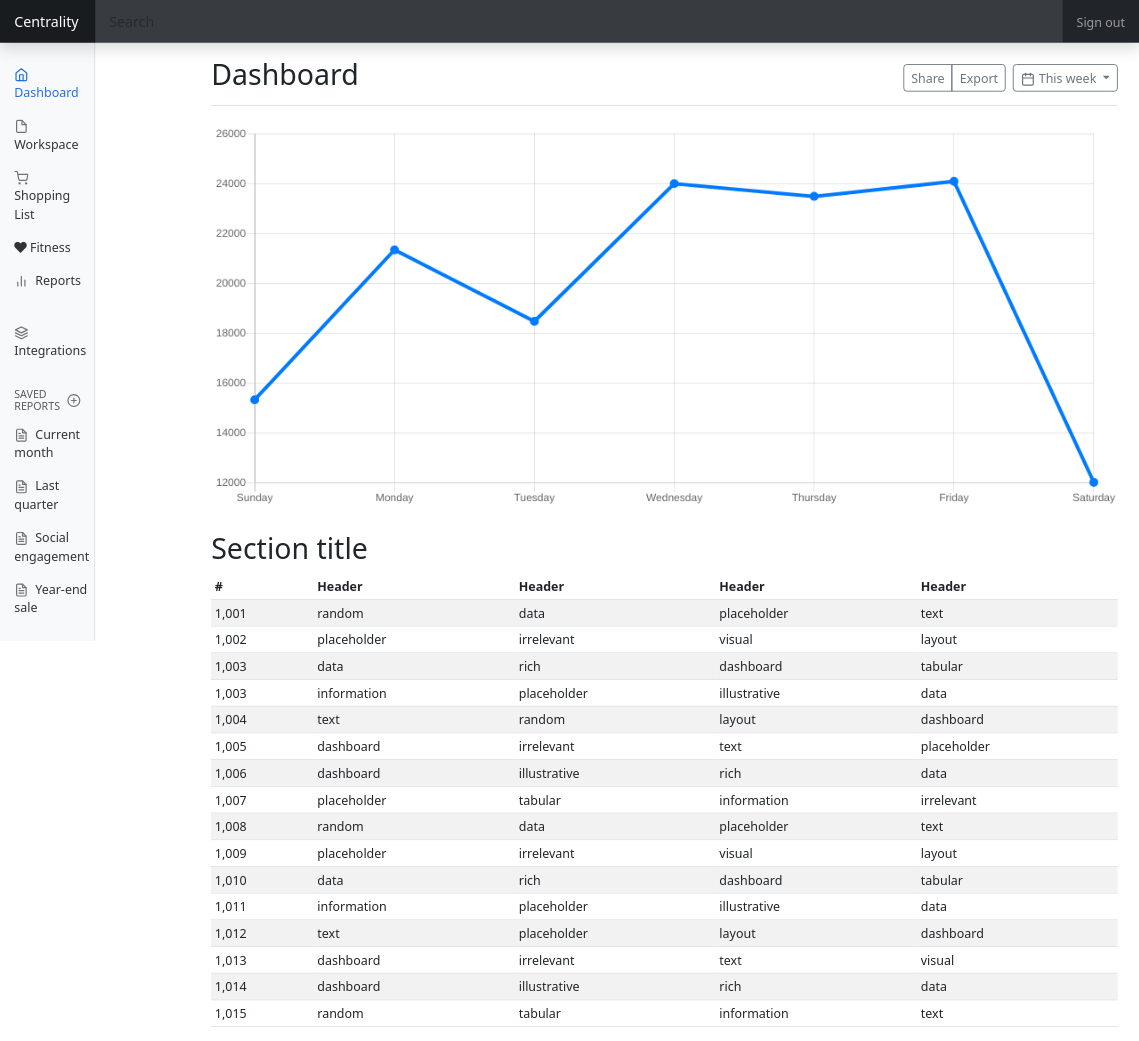
Repository: Git-it-right/Centrality
Page: dashboard/template.html
These files come from the project's save history. The page is drawn as it stood at one moment and after the next save; the edit follows.
The browser window is 1280 px wide. The pictures show the whole page, at 89% of full size.

Above is the page before, as saved 2023-04-14 10:45:40.

### dashboard/template.html
<!DOCTYPE html>
<html lang="en">

<head>
  <meta charset="utf-8" />
  <meta name="viewport" content="width=device-width, initial-scale=1" />
  <meta name="description" content="" />
  <title>Template</title>
  <link rel="canonical" href="https://getbootstrap.com/docs/5.3/examples/dashboard/" />
  <link rel="stylesheet" href="https://cdnjs.cloudflare.com/ajax/libs/font-awesome/5.15.3/css/all.min.css">

  <link href="../assets/dist/css/bootstrap.min.css" rel="stylesheet" />
  <style>
  </style>
  <!-- Custom styles for this template -->
  <link href="dashboard.css" rel="stylesheet" />
</head>

<body>
  <header class="navbar navbar-dark sticky-top bg-dark flex-md-nowrap p-0 shadow">
    <a class="navbar-brand col-md-1 col-lg-1 me-0 px-3 fs-6" href="#">Centrality</a>
    <button class="navbar-toggler position-absolute d-md-none collapsed" type="button" data-bs-toggle="collapse"
      data-bs-target="#sidebarMenu" aria-controls="sidebarMenu" aria-expanded="false" aria-label="Toggle navigation">
      <span class="navbar-toggler-icon"></span>
    </button>
    <input class="form-control form-control-dark w-100 rounded-0 border-0" type="text" placeholder="Search"
      aria-label="Search" />
    <div class="navbar-nav">
      <div class="nav-item text-nowrap">
        <a class="nav-link px-3" href="#">Sign out</a>
      </div>
    </div>
  </header>
  <div class="container-fluid">
    <div class="row">
      <nav id="sidebarMenu" class="col-md-1 col-lg-1 d-md-block bg-light sidebar collapse">
        <div class="position-sticky pt-3 sidebar-sticky">
          <ul class="nav flex-column">
            <li class="nav-item">
              <a class="nav-link active" aria-current="page" href="#">
                <span data-feather="home" class="align-text-bottom"></span>
                Dashboard
              </a>
            </li>
            <li class="nav-item">
              <a class="nav-link" href="workspace.html">
                <span data-feather="file" class="align-text-bottom"></span>
                Workspace
              </a>
            </li>
            <li class="nav-item">
              <a class="nav-link" href="template.html">
                <span data-feather="shopping-cart" class="align-text-bottom"></span>
                Shopping List
              </a>
            </li>
            <li class="nav-item">
              <a class="nav-link" href="#">

                <span> <i class="fas fa-heart"> </i>  </span>
                <span> </span>
                 Fitness
              </a>
            </li>
            <li class="nav-item">
              <a class="nav-link" href="#">
                <span data-feather="bar-chart-2" class="align-text-bottom"></span>
                Reports
              </a>
            </li>
            <li class="nav-item">
              <a class="nav-link" href="#">
                <span data-feather="layers" class="align-text-bottom"></span>
                Integrations
              </a>
            </li>
          </ul>
          <h6
            class="sidebar-heading d-flex justify-content-between align-items-center px-3 mt-4 mb-1 text-muted text-uppercase">
            <span>Saved reports</span>
            <a class="link-secondary" href="#" aria-label="Add a new report">
              <span data-feather="plus-circle" class="align-text-bottom"></span>
            </a>
          </h6>
          <ul class="nav flex-column mb-2">
            <li class="nav-item">
              <a class="nav-link" href="#">
                <span data-feather="file-text" class="align-text-bottom"></span>
                Current month
              </a>
            </li>
            <li class="nav-item">
              <a class="nav-link" href="#">
                <span data-feather="file-text" class="align-text-bottom"></span>
                Last quarter
              </a>
            </li>
            <li class="nav-item">
              <a class="nav-link" href="#">
                <span data-feather="file-text" class="align-text-bottom"></span>
                Social engagement
              </a>
            </li>
            <li class="nav-item">
              <a class="nav-link" href="#">
                <span data-feather="file-text" class="align-text-bottom"></span>
                Year-end sale
              </a>
            </li>
          </ul>
        </div>
      </nav>
      <main class="col-md-9 ms-sm-auto col-lg-10 px-md-4">
        <div
          class="d-flex justify-content-between flex-wrap flex-md-nowrap align-items-center pt-3 pb-2 mb-3 border-bottom">
          <h1 class="h2">Dashboard</h1>
          <div class="btn-toolbar mb-2 mb-md-0">
            <div class="btn-group me-2">
              <button type="button" class="btn btn-sm btn-outline-secondary">
                Share
              </button>
              <button type="button" class="btn btn-sm btn-outline-secondary">
                Export
              </button>
            </div>
            <button type="button" class="btn btn-sm btn-outline-secondary dropdown-toggle">
              <span data-feather="calendar" class="align-text-bottom"></span>
              This week
            </button>
          </div>
        </div>
        <canvas class="my-4 w-100" id="myChart" width="900" height="380"></canvas>
        <h2>Section title</h2>
        <div class="table-responsive">
          <table class="table table-striped table-sm">
            <thead>
              <tr>
                <th scope="col">#</th>
                <th scope="col">Header</th>
                <th scope="col">Header</th>
                <th scope="col">Header</th>
                <th scope="col">Header</th>
              </tr>
            </thead>
            <tbody>
              <tr>
                <td>1,001</td>
                <td>random</td>
                <td>data</td>
                <td>placeholder</td>
                <td>text</td>
              </tr>
              <tr>
                <td>1,002</td>
                <td>placeholder</td>
                <td>irrelevant</td>
                <td>visual</td>
                <td>layout</td>
              </tr>
              <tr>
                <td>1,003</td>
                <td>data</td>
                <td>rich</td>
                <td>dashboard</td>
                <td>tabular</td>
              </tr>
              <tr>
                <td>1,003</td>
                <td>information</td>
                <td>placeholder</td>
                <td>illustrative</td>
                <td>data</td>
              </tr>
              <tr>
                <td>1,004</td>
                <td>text</td>
                <td>random</td>
                <td>layout</td>
                <td>dashboard</td>
              </tr>
              <tr>
                <td>1,005</td>
                <td>dashboard</td>
                <td>irrelevant</td>
                <td>text</td>
                <td>placeholder</td>
              </tr>
              <tr>
                <td>1,006</td>
                <td>dashboard</td>
                <td>illustrative</td>
                <td>rich</td>
                <td>data</td>
              </tr>
              <tr>
                <td>1,007</td>
                <td>placeholder</td>
                <td>tabular</td>
                <td>information</td>
                <td>irrelevant</td>
              </tr>
              <tr>
                <td>1,008</td>
                <td>random</td>
                <td>data</td>
                <td>placeholder</td>
                <td>text</td>
              </tr>
              <tr>
                <td>1,009</td>
                <td>placeholder</td>
                <td>irrelevant</td>
                <td>visual</td>
                <td>layout</td>
              </tr>
              <tr>
                <td>1,010</td>
                <td>data</td>
                <td>rich</td>
                <td>dashboard</td>
                <td>tabular</td>
              </tr>
              <tr>
                <td>1,011</td>
                <td>information</td>
                <td>placeholder</td>
                <td>illustrative</td>
                <td>data</td>
              </tr>
              <tr>
                <td>1,012</td>
                <td>text</td>
                <td>placeholder</td>
                <td>layout</td>
                <td>dashboard</td>
              </tr>
              <tr>
                <td>1,013</td>
                <td>dashboard</td>
                <td>irrelevant</td>
                <td>text</td>
                <td>visual</td>
              </tr>
              <tr>
                <td>1,014</td>
                <td>dashboard</td>
                <td>illustrative</td>
                <td>rich</td>
                <td>data</td>
              </tr>
              <tr>
                <td>1,015</td>
                <td>random</td>
                <td>tabular</td>
                <td>information</td>
                <td>text</td>
              </tr>
            </tbody>
          </table>
        </div>
      </main>
    </div>
  </div>
  <script src="../assets/dist/js/bootstrap.bundle.min.js"></script>
  <script src="https://cdn.jsdelivr.net/npm/feather-icons@4.28.0/dist/feather.min.js"
    integrity="sha384-uO3SXW5IuS1ZpFPKugNNWqTZRRglnUJK6UAZ/gxOX80nxEkN9NcGZTftn6RzhGWE"
    crossorigin="anonymous"></script>
  <script src="https://cdn.jsdelivr.net/npm/chart.js@2.9.4/dist/Chart.min.js"
    integrity="sha384-zNy6FEbO50N+Cg5wap8IKA4M/ZnLJgzc6w2NqACZaK0u0FXfOWRRJOnQtpZun8ha"
    crossorigin="anonymous"></script>
  <script src="dashboard.js"></script>
</body>

</html>

### dashboard/dashboard.css

.bd-placeholder-img {
  font-size: 1.125rem;
  text-anchor: middle;
  -webkit-user-select: none;
  -moz-user-select: none;
  user-select: none;
}

@media (min-width: 768px) {
  .bd-placeholder-img-lg {
      font-size: 3.5rem;
  }
}

.b-example-divider {
  height: 3rem;
  background-color: rgba(0, 0, 0, 0.1);
  border: solid rgba(0, 0, 0, 0.15);
  border-width: 1px 0;
  box-shadow: inset 0 0.5em 1.5em rgba(0, 0, 0, 0.1), inset 0 0.125em 0.5em rgba(0, 0, 0, 0.15);
}

.b-example-vr {
  flex-shrink: 0;
  width: 1.5rem;
  height: 100vh;
}

.bi {
  vertical-align: -0.125em;
  fill: currentColor;
}

.nav-scroller {
  position: relative;
  z-index: 2;
  height: 2.75rem;
  overflow-y: hidden;
}

  .nav-scroller .nav {
      display: flex;
      flex-wrap: nowrap;
      padding-bottom: 1rem;
      margin-top: -1px;
      overflow-x: auto;
      text-align: center;
      white-space: nowrap;
      -webkit-overflow-scrolling: touch;
  }

body {
  font-size: .875rem;
}

.feather {
  width: 16px;
  height: 16px;
}

/*
 * Sidebar
 */

.sidebar {
  position: fixed;
  top: 0;
  /* rtl:raw:
  right: 0;
  */
  bottom: 0;
  /* rtl:remove */
  left: 0;
  z-index: 100; /* Behind the navbar */
  padding: 48px 0 0; /* Height of navbar */
  box-shadow: inset -1px 0 0 rgba(0, 0, 0, .1);
}

@media (max-width: 767.98px) {
  .sidebar {
    top: 5rem;
  }
}

.sidebar-sticky {
  height: calc(100vh - 48px);
  overflow-x: hidden;
  overflow-y: auto; /* Scrollable contents if viewport is shorter than content. */
}

.sidebar .nav-link {
  font-weight: 500;
  color: #333;
}

.sidebar .nav-link .feather {
  margin-right: 4px;
  color: #727272;
}

.sidebar .nav-link.active {
  color: #2470dc;
}

.sidebar .nav-link:hover .feather,
.sidebar .nav-link.active .feather {
  color: inherit;
}

.sidebar-heading {
  font-size: .75rem;
}

/*
 * Navbar
 */

.navbar-brand {
  padding-top: .75rem;
  padding-bottom: .75rem;
  background-color: rgba(0, 0, 0, .25);
  box-shadow: inset -1px 0 0 rgba(0, 0, 0, .25);
}

.navbar .navbar-toggler {
  top: .25rem;
  right: 1rem;
}

.navbar .form-control {
  padding: .75rem 1rem;
}

.form-control-dark {
  color: #fff;
  background-color: rgba(255, 255, 255, .1);
  border-color: rgba(255, 255, 255, .1);
}

.form-control-dark:focus {
  border-color: transparent;
  box-shadow: 0 0 0 3px rgba(255, 255, 255, .25);
}

### dashboard/dashboard.js
/* globals Chart:false, feather:false */

(() => {
  "use strict";

  feather.replace({ "aria-hidden": "true" });

  // Graphs
  const ctx = document.getElementById("myChart");
  // eslint-disable-next-line no-unused-vars
  const myChart = new Chart(ctx, {
    type: "line",
    data: {
      labels: [
        "Sunday",
        "Monday",
        "Tuesday",
        "Wednesday",
        "Thursday",
        "Friday",
        "Saturday",
      ],
      datasets: [
        {
          data: [15339, 21345, 18483, 24003, 23489, 24092, 12034],
          lineTension: 0,
          backgroundColor: "transparent",
          borderColor: "#007bff",
          borderWidth: 4,
          pointBackgroundColor: "#007bff",
        },
      ],
    },
    options: {
      scales: {
        yAxes: [
          {
            ticks: {
              beginAtZero: false,
            },
          },
        ],
      },
      legend: {
        display: false,
      },
    },
  });
})();

Loaded but not shown: assets/dist/css/bootstrap.min.css (library); assets/dist/js/bootstrap.bundle.min.js (library)

After the next save:
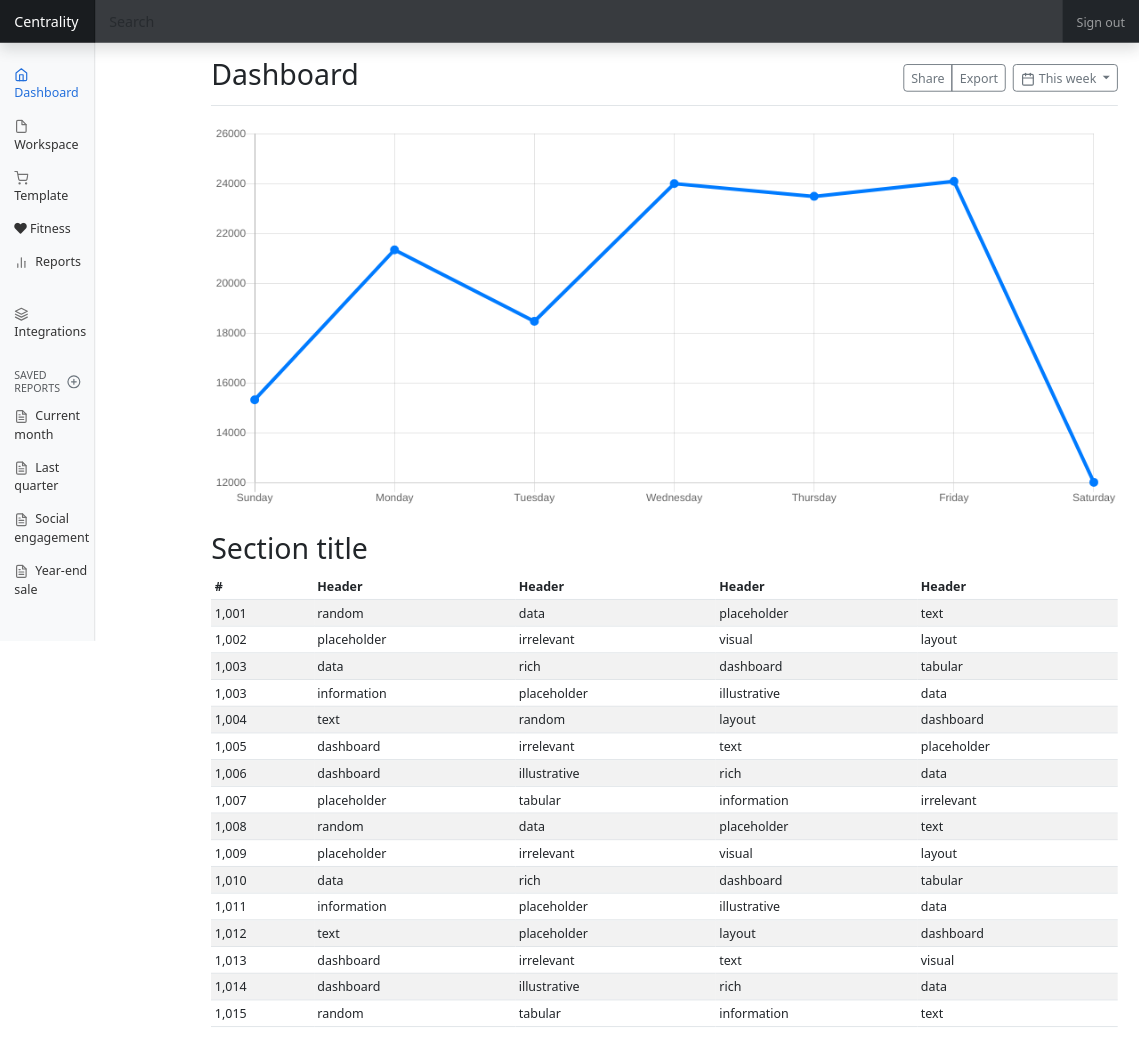
Saved 2 days later.
--- a/dashboard/template.html
+++ b/dashboard/template.html
@@ -12,7 +12,6 @@
   <link href="../assets/dist/css/bootstrap.min.css" rel="stylesheet" />
   <style>
   </style>
-  <!-- Custom styles for this template -->
   <link href="dashboard.css" rel="stylesheet" />
 </head>
 
@@ -51,7 +50,7 @@
             <li class="nav-item">
               <a class="nav-link" href="template.html">
                 <span data-feather="shopping-cart" class="align-text-bottom"></span>
-                Shopping List
+                Template
               </a>
             </li>
             <li class="nav-item">
